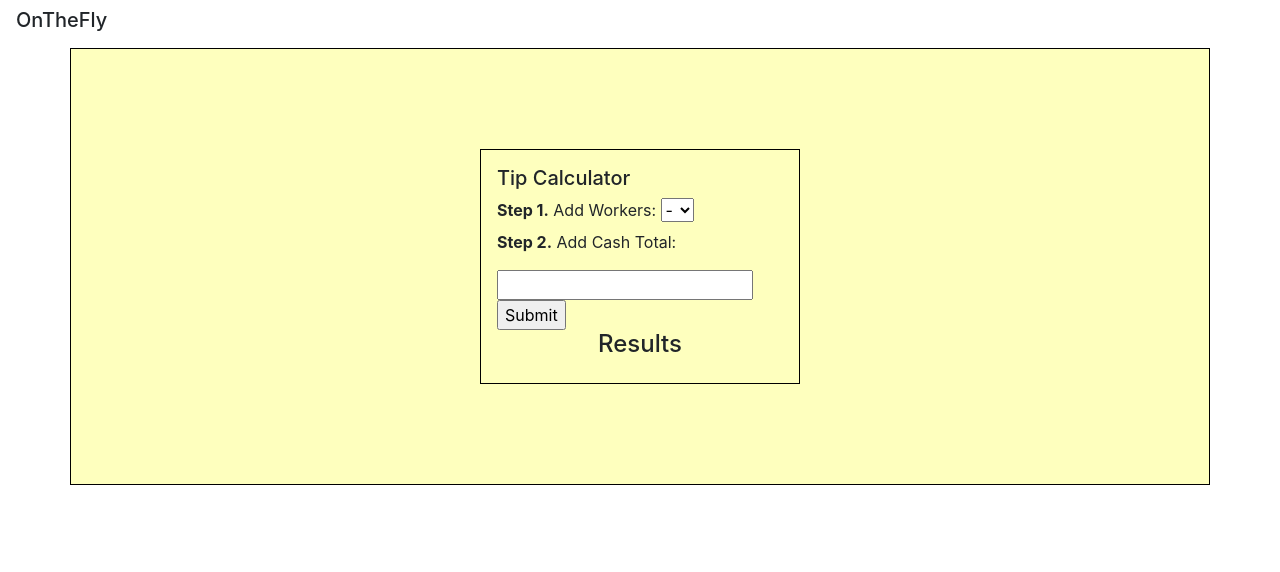
Repository: PBillingsby/on-the-fly
Page: on-the-fly-frontend/index.html
An editor plug-in stored every save of this project. The page is shown before and after the next save, followed by the edit.
The browser window is 1280 px wide. The pictures show the whole page.

Above is the page before, as saved 2020-07-13 16:26:53.

After the next save:
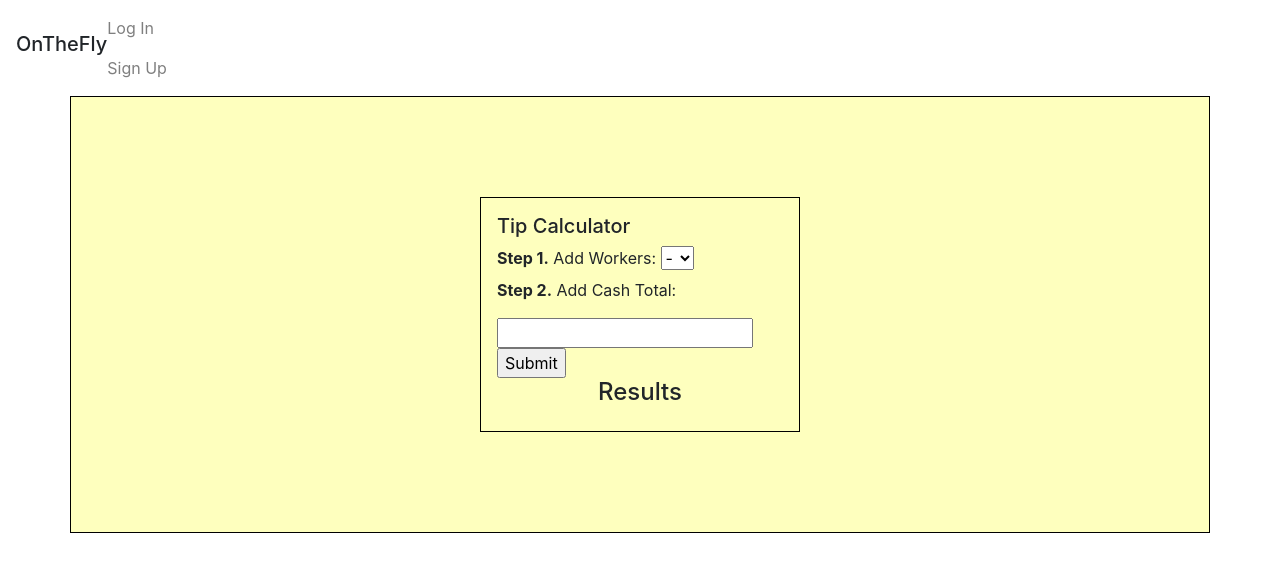
Saved 12 s later.
--- a/on-the-fly-frontend/index.html
+++ b/on-the-fly-frontend/index.html
@@ -14,10 +14,10 @@
     <h5>OnTheFly</h5>
     <ul class="navbar-nav mr-auto">
       <li class="nav-item-active">
-        <a href="#login" class="nav-link"></a>
+        <a href="#login" class="nav-link">Log In</a>
       </li>
       <li class="nav-item-active">
-        <a href="#signup" class="nav-link"></a>
+        <a href="#signup" class="nav-link">Sign Up</a>
       </li>
     </ul>
   </header>

After the save that followed:
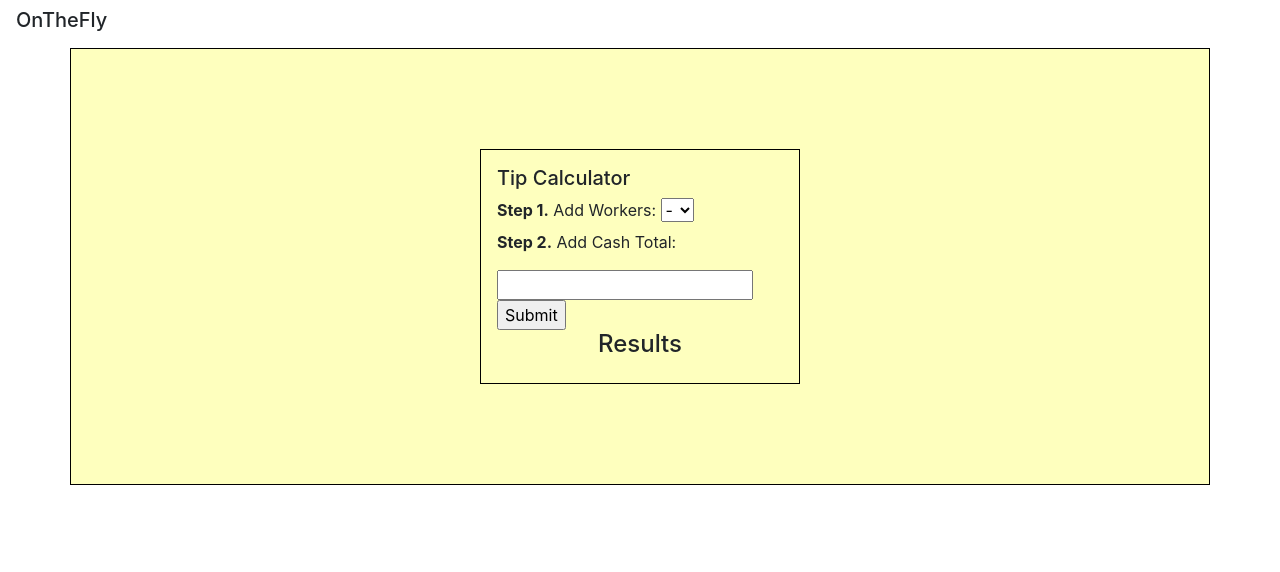
Saved 19 s later.
--- a/on-the-fly-frontend/index.html
+++ b/on-the-fly-frontend/index.html
@@ -12,14 +12,16 @@
 <body>
   <header class="navbar navbar-light">
     <h5>OnTheFly</h5>
-    <ul class="navbar-nav mr-auto">
-      <li class="nav-item-active">
-        <a href="#login" class="nav-link">Log In</a>
-      </li>
-      <li class="nav-item-active">
-        <a href="#signup" class="nav-link">Sign Up</a>
-      </li>
-    </ul>
+    <div class="collapse navbar-collapse" id="navbarSupportedContent">
+        <ul class="navbar-nav mr-auto">
+            <li class="nav-item-active">
+              <a href="#login" class="nav-link">Log In</a>
+            </li>
+            <li class="nav-item-active">
+              <a href="#signup" class="nav-link">Sign Up</a>
+            </li>
+          </ul>
+    </div>
   </header>
   <div class="container">
     <div class="tip-calculator mx-auto">
